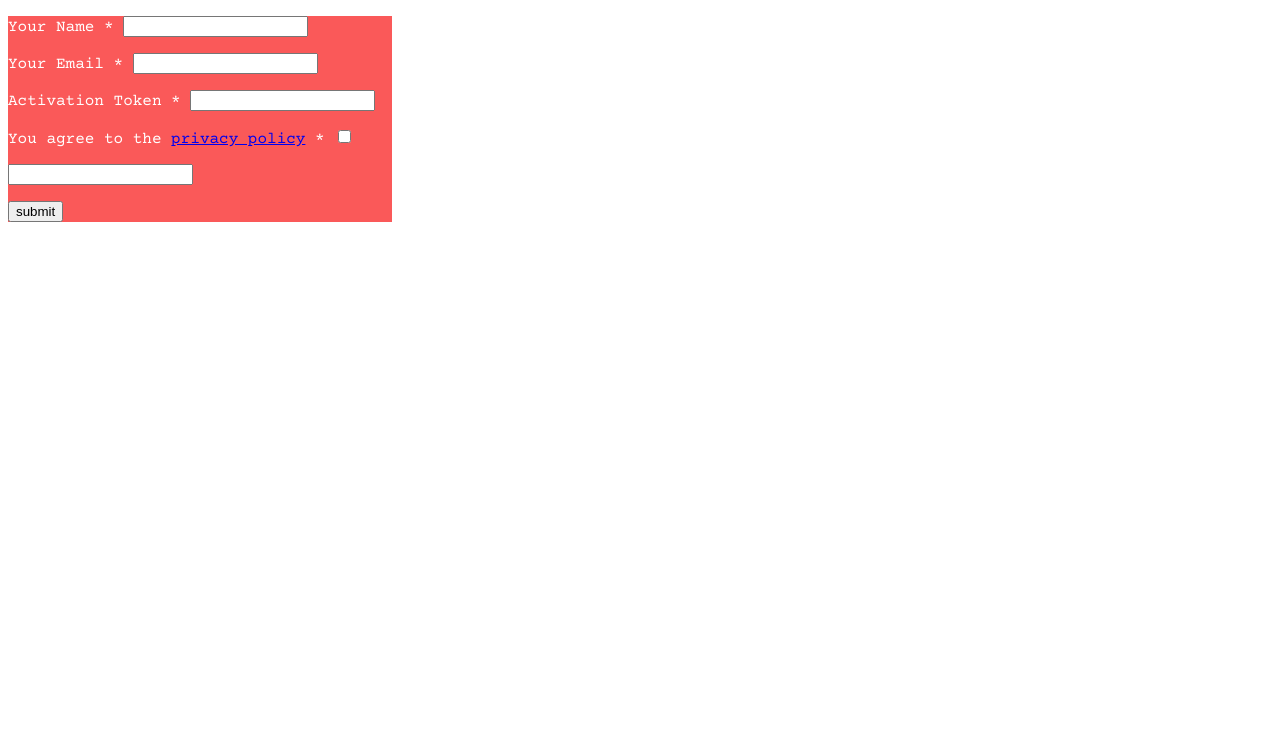
Repository: Rachael4life/Assignment-1
Page: starter-code/src/index.html
These files come from the project's save history. The page is drawn as it stood at one moment and after a run of saves; the edit follows.
The browser window is 1280 px wide. The page is 1288 px wide, so the pictures cover 1288 px, including what lies to the right of the window. The pictures show the whole page.

Above is the page before, as saved 2022-02-25 13:24:41.

After the next 3 saves:
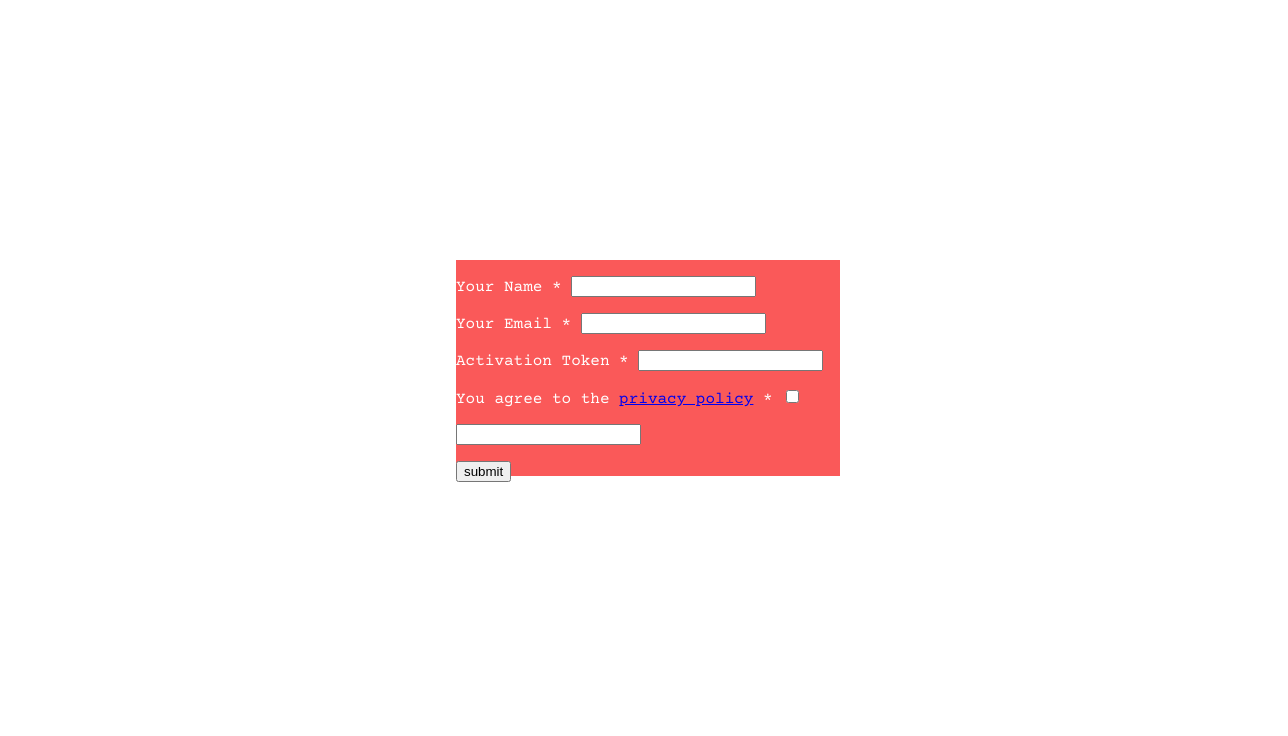
The 3 saves are shown as one change because they came seconds apart.
The last was saved 55 s later.
--- a/starter-code/src/style.css
+++ b/starter-code/src/style.css
@@ -10,4 +10,10 @@ form {
     width: 30%;
     height: 30%;
 }
-#ramyeon
+#ramyeon {
+    display: flex;
+    justify-content: center;
+    align-items: center;
+    width: 100%;
+    height: 100%;
+}
